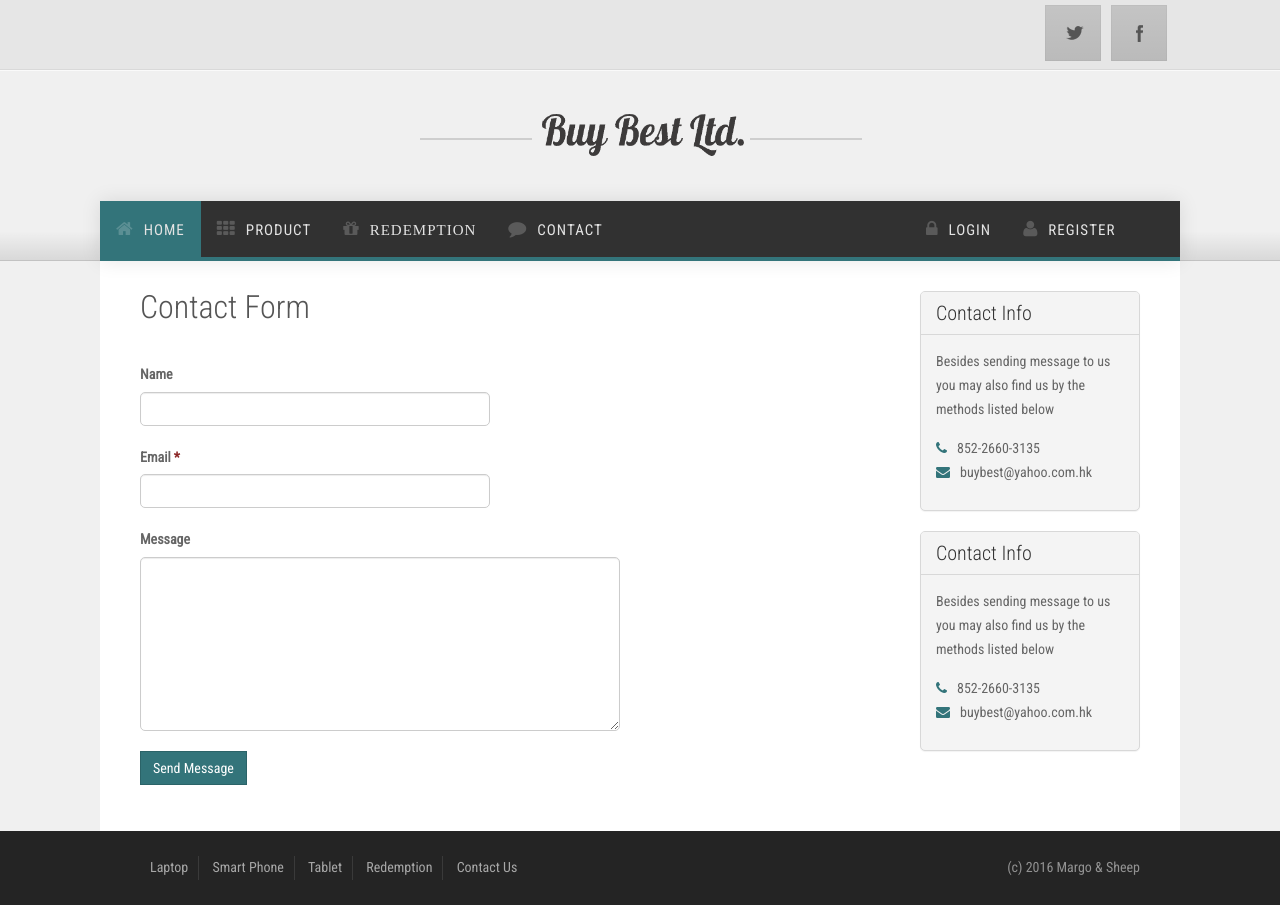
Repository: thymargo13/HCI--2015
Page: contact.html
The author's editor kept a record of every edit. The page is drawn from the files as they stood at one moment, then again after the next edit.
The browser window is 1280 px wide. The pictures show the whole page.

Above is the page before.

After the next edit:
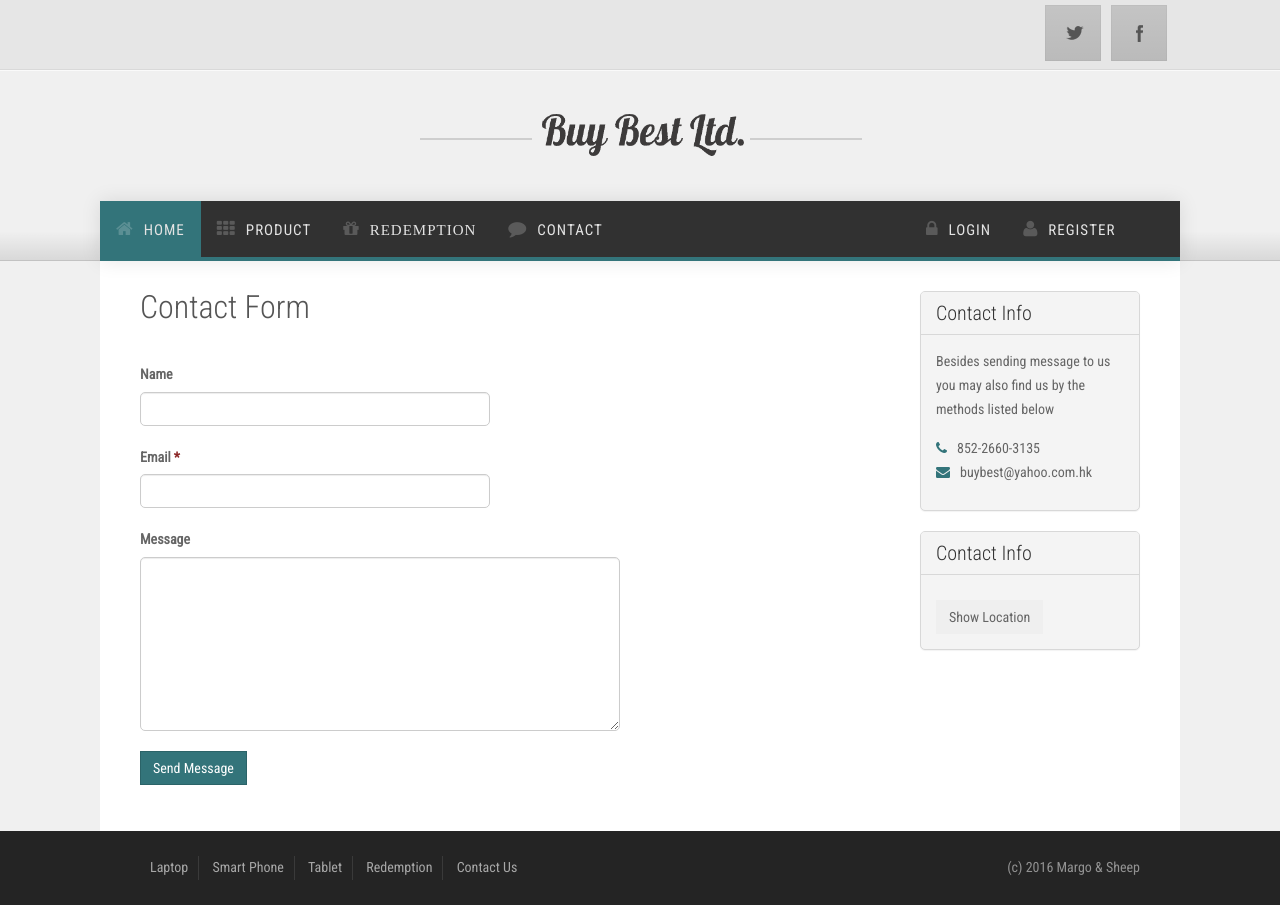
The edit:
--- a/contact.html
+++ b/contact.html
@@ -187,12 +187,9 @@
                                     <h3 class="panel-title">Contact Info</h3>
                                 </div>
                                 <div class="panel-body">
-                                    <p>Besides sending message to us you may also find us by the methods listed below</p>
-                                    <ul class="list-unstyled">
-                                        <li>
-                                            <i class="fa-phone color-primary"></i>852-2660-3135</li>
-                                        <li>
-                                            <i class="fa-envelope color-primary"></i>buybest@yahoo.com.hk</li>
+                    <h2 id="demo"></h2>
+                    <button class="btn" onclick="getLocation()">Show Location</button>
+                    <div id="mapholder"></div>
 
                                     </ul>
                                 </div>
